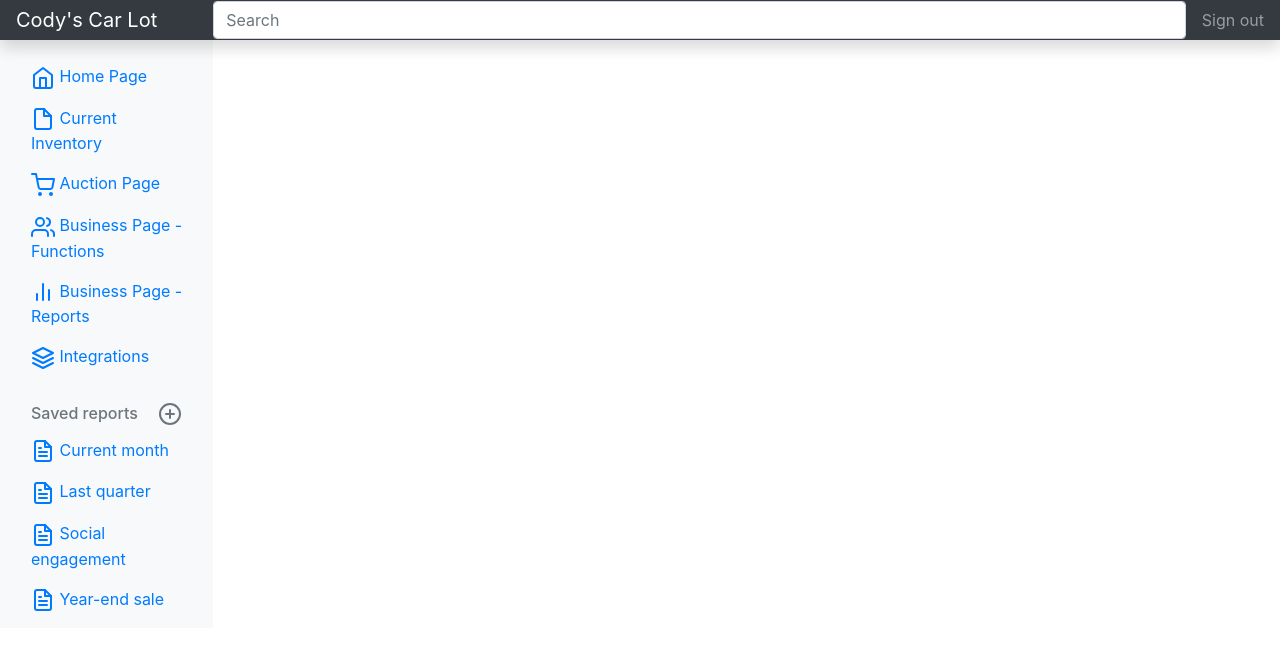
Repository: CodyHogge/CarDealershipProject
Page: http://localhost/CarDealershipProject/booted_auction.jsp
An editor plug-in stored every save of this project. The page is shown before and after the next save, followed by the edit.
The browser window is 1280 px wide. The pictures show the whole page.
The page is served by Tomcat 9. Other server files are loaded and not shown.

Above is the page before, as saved 2020-09-16 14:46:35.

### CarDealershipProject/WebContent/booted_auction.jsp
<%@ page language="java" contentType="text/html; charset=ISO-8859-1"
    pageEncoding="ISO-8859-1"%>
<!DOCTYPE html>
<html>
<head>
<meta charset="ISO-8859-1">
<title>Insert title here</title>
<link rel="stylesheet" href="https://stackpath.bootstrapcdn.com/bootstrap/4.5.2/css/bootstrap.min.css" integrity="sha384-JcKb8q3iqJ61gNV9KGb8thSsNjpSL0n8PARn9HuZOnIxN0hoP+VmmDGMN5t9UJ0Z" crossorigin="anonymous">
<link rel="stylesheet" href="./styles/styles.css">
</head>
<body>
<nav class="navbar navbar-dark sticky-top bg-dark flex-md-nowrap p-0 shadow">
  <a class="navbar-brand col-md-3 col-lg-2 mr-0 px-3" href="#">Cody's Car Lot</a>
  <button class="navbar-toggler position-absolute d-md-none collapsed" type="button" data-toggle="collapse" data-target="#sidebarMenu" aria-controls="sidebarMenu" aria-expanded="false" aria-label="Toggle navigation">
    <span class="navbar-toggler-icon"></span>
  </button>
  <input class="form-control form-control-dark w-100" type="text" placeholder="Search" aria-label="Search">
  <ul class="navbar-nav px-3">
    <li class="nav-item text-nowrap">
      <a class="nav-link" href="#">Sign out</a>
    </li>
  </ul>
</nav>
<div class="container-fluid">
  <div class="row">
    <nav id="sidebarMenu" class="col-md-3 col-lg-2 d-md-block bg-light sidebar collapse show" style="">
      <div class="sidebar-sticky pt-3">
        <ul class="nav flex-column">
          <li class="nav-item">
            <a class="nav-link active" href="#">
              <svg xmlns="http://www.w3.org/2000/svg" width="24" height="24" viewBox="0 0 24 24" fill="none" stroke="currentColor" stroke-width="2" stroke-linecap="round" stroke-linejoin="round" class="feather feather-home"><path d="M3 9l9-7 9 7v11a2 2 0 0 1-2 2H5a2 2 0 0 1-2-2z"></path><polyline points="9 22 9 12 15 12 15 22"></polyline></svg>
              Home Page <span class="sr-only">(current)</span>
            </a>
          </li>
          <li class="nav-item">
            <a class="nav-link" href="#">
              <svg xmlns="http://www.w3.org/2000/svg" width="24" height="24" viewBox="0 0 24 24" fill="none" stroke="currentColor" stroke-width="2" stroke-linecap="round" stroke-linejoin="round" class="feather feather-file"><path d="M13 2H6a2 2 0 0 0-2 2v16a2 2 0 0 0 2 2h12a2 2 0 0 0 2-2V9z"></path><polyline points="13 2 13 9 20 9"></polyline></svg>
              Current Inventory
            </a>
          </li>
          <li class="nav-item">
            <a class="nav-link" href="#">
              <svg xmlns="http://www.w3.org/2000/svg" width="24" height="24" viewBox="0 0 24 24" fill="none" stroke="currentColor" stroke-width="2" stroke-linecap="round" stroke-linejoin="round" class="feather feather-shopping-cart"><circle cx="9" cy="21" r="1"></circle><circle cx="20" cy="21" r="1"></circle><path d="M1 1h4l2.68 13.39a2 2 0 0 0 2 1.61h9.72a2 2 0 0 0 2-1.61L23 6H6"></path></svg>
              Auction Page
            </a>
          </li>
          <li class="nav-item">
            <a class="nav-link" href="#">
              <svg xmlns="http://www.w3.org/2000/svg" width="24" height="24" viewBox="0 0 24 24" fill="none" stroke="currentColor" stroke-width="2" stroke-linecap="round" stroke-linejoin="round" class="feather feather-users"><path d="M17 21v-2a4 4 0 0 0-4-4H5a4 4 0 0 0-4 4v2"></path><circle cx="9" cy="7" r="4"></circle><path d="M23 21v-2a4 4 0 0 0-3-3.87"></path><path d="M16 3.13a4 4 0 0 1 0 7.75"></path></svg>
              Business Page - Functions
            </a>
          </li>
          <li class="nav-item">
            <a class="nav-link" href="#">
              <svg xmlns="http://www.w3.org/2000/svg" width="24" height="24" viewBox="0 0 24 24" fill="none" stroke="currentColor" stroke-width="2" stroke-linecap="round" stroke-linejoin="round" class="feather feather-bar-chart-2"><line x1="18" y1="20" x2="18" y2="10"></line><line x1="12" y1="20" x2="12" y2="4"></line><line x1="6" y1="20" x2="6" y2="14"></line></svg>
              Business Page - Reports
            </a>
          </li>
          <li class="nav-item">
            <a class="nav-link" href="#">
              <svg xmlns="http://www.w3.org/2000/svg" width="24" height="24" viewBox="0 0 24 24" fill="none" stroke="currentColor" stroke-width="2" stroke-linecap="round" stroke-linejoin="round" class="feather feather-layers"><polygon points="12 2 2 7 12 12 22 7 12 2"></polygon><polyline points="2 17 12 22 22 17"></polyline><polyline points="2 12 12 17 22 12"></polyline></svg>
              Integrations
            </a>
          </li>
        </ul>

        <h6 class="sidebar-heading d-flex justify-content-between align-items-center px-3 mt-4 mb-1 text-muted">
          <span>Saved reports</span>
          <a class="d-flex align-items-center text-muted" href="#" aria-label="Add a new report">
            <svg xmlns="http://www.w3.org/2000/svg" width="24" height="24" viewBox="0 0 24 24" fill="none" stroke="currentColor" stroke-width="2" stroke-linecap="round" stroke-linejoin="round" class="feather feather-plus-circle"><circle cx="12" cy="12" r="10"></circle><line x1="12" y1="8" x2="12" y2="16"></line><line x1="8" y1="12" x2="16" y2="12"></line></svg>
          </a>
        </h6>
        <ul class="nav flex-column mb-2">
          <li class="nav-item">
            <a class="nav-link" href="#">
              <svg xmlns="http://www.w3.org/2000/svg" width="24" height="24" viewBox="0 0 24 24" fill="none" stroke="currentColor" stroke-width="2" stroke-linecap="round" stroke-linejoin="round" class="feather feather-file-text"><path d="M14 2H6a2 2 0 0 0-2 2v16a2 2 0 0 0 2 2h12a2 2 0 0 0 2-2V8z"></path><polyline points="14 2 14 8 20 8"></polyline><line x1="16" y1="13" x2="8" y2="13"></line><line x1="16" y1="17" x2="8" y2="17"></line><polyline points="10 9 9 9 8 9"></polyline></svg>
              Current month
            </a>
          </li>
          <li class="nav-item">
            <a class="nav-link" href="#">
              <svg xmlns="http://www.w3.org/2000/svg" width="24" height="24" viewBox="0 0 24 24" fill="none" stroke="currentColor" stroke-width="2" stroke-linecap="round" stroke-linejoin="round" class="feather feather-file-text"><path d="M14 2H6a2 2 0 0 0-2 2v16a2 2 0 0 0 2 2h12a2 2 0 0 0 2-2V8z"></path><polyline points="14 2 14 8 20 8"></polyline><line x1="16" y1="13" x2="8" y2="13"></line><line x1="16" y1="17" x2="8" y2="17"></line><polyline points="10 9 9 9 8 9"></polyline></svg>
              Last quarter
            </a>
          </li>
          <li class="nav-item">
            <a class="nav-link" href="#">
              <svg xmlns="http://www.w3.org/2000/svg" width="24" height="24" viewBox="0 0 24 24" fill="none" stroke="currentColor" stroke-width="2" stroke-linecap="round" stroke-linejoin="round" class="feather feather-file-text"><path d="M14 2H6a2 2 0 0 0-2 2v16a2 2 0 0 0 2 2h12a2 2 0 0 0 2-2V8z"></path><polyline points="14 2 14 8 20 8"></polyline><line x1="16" y1="13" x2="8" y2="13"></line><line x1="16" y1="17" x2="8" y2="17"></line><polyline points="10 9 9 9 8 9"></polyline></svg>
              Social engagement
            </a>
          </li>
          <li class="nav-item">
            <a class="nav-link" href="#">
              <svg xmlns="http://www.w3.org/2000/svg" width="24" height="24" viewBox="0 0 24 24" fill="none" stroke="currentColor" stroke-width="2" stroke-linecap="round" stroke-linejoin="round" class="feather feather-file-text"><path d="M14 2H6a2 2 0 0 0-2 2v16a2 2 0 0 0 2 2h12a2 2 0 0 0 2-2V8z"></path><polyline points="14 2 14 8 20 8"></polyline><line x1="16" y1="13" x2="8" y2="13"></line><line x1="16" y1="17" x2="8" y2="17"></line><polyline points="10 9 9 9 8 9"></polyline></svg>
              Year-end sale
            </a>
          </li>
        </ul>
      </div>
    </nav>


  </div>
</div>
</body>
</html>

### CarDealershipProject/WebContent/styles/styles.css
.top-banner{
	font-variant: small-caps;
	font-size: 16pt;
	border-style: dotted;
	border-right-width: 1px;
	border-left-width: 1px;
	border-top-width: 1px;
	border-bottom-width: 1px;
	border-color: black;
	background-color: #d5d5d5;
	color: orange;
}

.avail-cars{
	margin: 15px;
	background-color: #d5d5d5;
	border-style: solid;
	border-right-width: 1px;
	border-left-width: 1px;
	border-top-width: 1px;
	border-bottom-width: 1px;
	border-color: black;
}

.avail-cars.td{
	background-color: gray;
	border-style: solid;
	border-right-width: 2px;
	border-left-width: 2px;
	border-top-width: 2px;
	border-bottom-width: 2px;
	border-color: black;
}

.sold-cars{
	margin: 15px;
	background-color: #d5d5d5;
	border-style: solid;
	border-right-width: 1px;
	border-left-width: 1px;
	border-top-width: 1px;
	border-bottom-width: 1px;
	border-color: black;
}

.h4{
	margin: 10px;
	font-variant: small-caps;
}

After the next save:
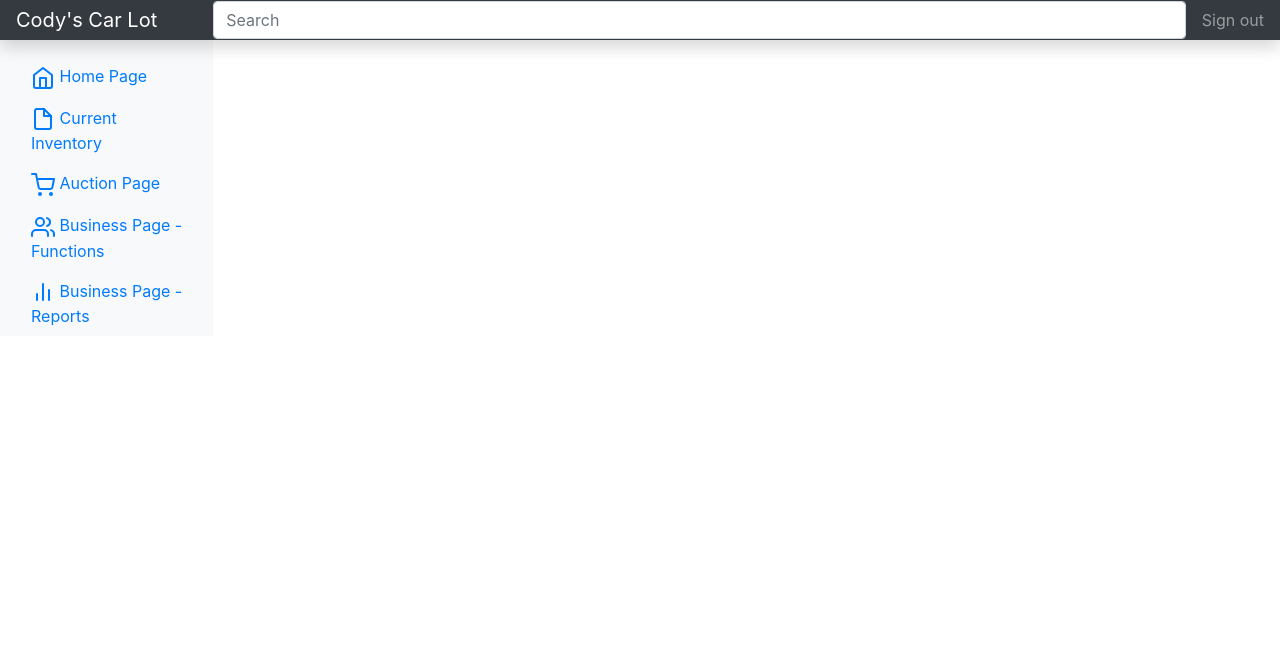
Saved 65 s later.
--- a/CarDealershipProject/WebContent/booted_auction.jsp
+++ b/CarDealershipProject/WebContent/booted_auction.jsp
@@ -56,50 +56,9 @@
               Business Page - Reports
             </a>
           </li>
-          <li class="nav-item">
-            <a class="nav-link" href="#">
-              <svg xmlns="http://www.w3.org/2000/svg" width="24" height="24" viewBox="0 0 24 24" fill="none" stroke="currentColor" stroke-width="2" stroke-linecap="round" stroke-linejoin="round" class="feather feather-layers"><polygon points="12 2 2 7 12 12 22 7 12 2"></polygon><polyline points="2 17 12 22 22 17"></polyline><polyline points="2 12 12 17 22 12"></polyline></svg>
-              Integrations
-            </a>
-          </li>
-        </ul>
-
-        <h6 class="sidebar-heading d-flex justify-content-between align-items-center px-3 mt-4 mb-1 text-muted">
-          <span>Saved reports</span>
-          <a class="d-flex align-items-center text-muted" href="#" aria-label="Add a new report">
-            <svg xmlns="http://www.w3.org/2000/svg" width="24" height="24" viewBox="0 0 24 24" fill="none" stroke="currentColor" stroke-width="2" stroke-linecap="round" stroke-linejoin="round" class="feather feather-plus-circle"><circle cx="12" cy="12" r="10"></circle><line x1="12" y1="8" x2="12" y2="16"></line><line x1="8" y1="12" x2="16" y2="12"></line></svg>
-          </a>
-        </h6>
-        <ul class="nav flex-column mb-2">
-          <li class="nav-item">
-            <a class="nav-link" href="#">
-              <svg xmlns="http://www.w3.org/2000/svg" width="24" height="24" viewBox="0 0 24 24" fill="none" stroke="currentColor" stroke-width="2" stroke-linecap="round" stroke-linejoin="round" class="feather feather-file-text"><path d="M14 2H6a2 2 0 0 0-2 2v16a2 2 0 0 0 2 2h12a2 2 0 0 0 2-2V8z"></path><polyline points="14 2 14 8 20 8"></polyline><line x1="16" y1="13" x2="8" y2="13"></line><line x1="16" y1="17" x2="8" y2="17"></line><polyline points="10 9 9 9 8 9"></polyline></svg>
-              Current month
-            </a>
-          </li>
-          <li class="nav-item">
-            <a class="nav-link" href="#">
-              <svg xmlns="http://www.w3.org/2000/svg" width="24" height="24" viewBox="0 0 24 24" fill="none" stroke="currentColor" stroke-width="2" stroke-linecap="round" stroke-linejoin="round" class="feather feather-file-text"><path d="M14 2H6a2 2 0 0 0-2 2v16a2 2 0 0 0 2 2h12a2 2 0 0 0 2-2V8z"></path><polyline points="14 2 14 8 20 8"></polyline><line x1="16" y1="13" x2="8" y2="13"></line><line x1="16" y1="17" x2="8" y2="17"></line><polyline points="10 9 9 9 8 9"></polyline></svg>
-              Last quarter
-            </a>
-          </li>
-          <li class="nav-item">
-            <a class="nav-link" href="#">
-              <svg xmlns="http://www.w3.org/2000/svg" width="24" height="24" viewBox="0 0 24 24" fill="none" stroke="currentColor" stroke-width="2" stroke-linecap="round" stroke-linejoin="round" class="feather feather-file-text"><path d="M14 2H6a2 2 0 0 0-2 2v16a2 2 0 0 0 2 2h12a2 2 0 0 0 2-2V8z"></path><polyline points="14 2 14 8 20 8"></polyline><line x1="16" y1="13" x2="8" y2="13"></line><line x1="16" y1="17" x2="8" y2="17"></line><polyline points="10 9 9 9 8 9"></polyline></svg>
-              Social engagement
-            </a>
-          </li>
-          <li class="nav-item">
-            <a class="nav-link" href="#">
-              <svg xmlns="http://www.w3.org/2000/svg" width="24" height="24" viewBox="0 0 24 24" fill="none" stroke="currentColor" stroke-width="2" stroke-linecap="round" stroke-linejoin="round" class="feather feather-file-text"><path d="M14 2H6a2 2 0 0 0-2 2v16a2 2 0 0 0 2 2h12a2 2 0 0 0 2-2V8z"></path><polyline points="14 2 14 8 20 8"></polyline><line x1="16" y1="13" x2="8" y2="13"></line><line x1="16" y1="17" x2="8" y2="17"></line><polyline points="10 9 9 9 8 9"></polyline></svg>
-              Year-end sale
-            </a>
-          </li>
         </ul>
       </div>
     </nav>
-
-
   </div>
 </div>
 </body>
